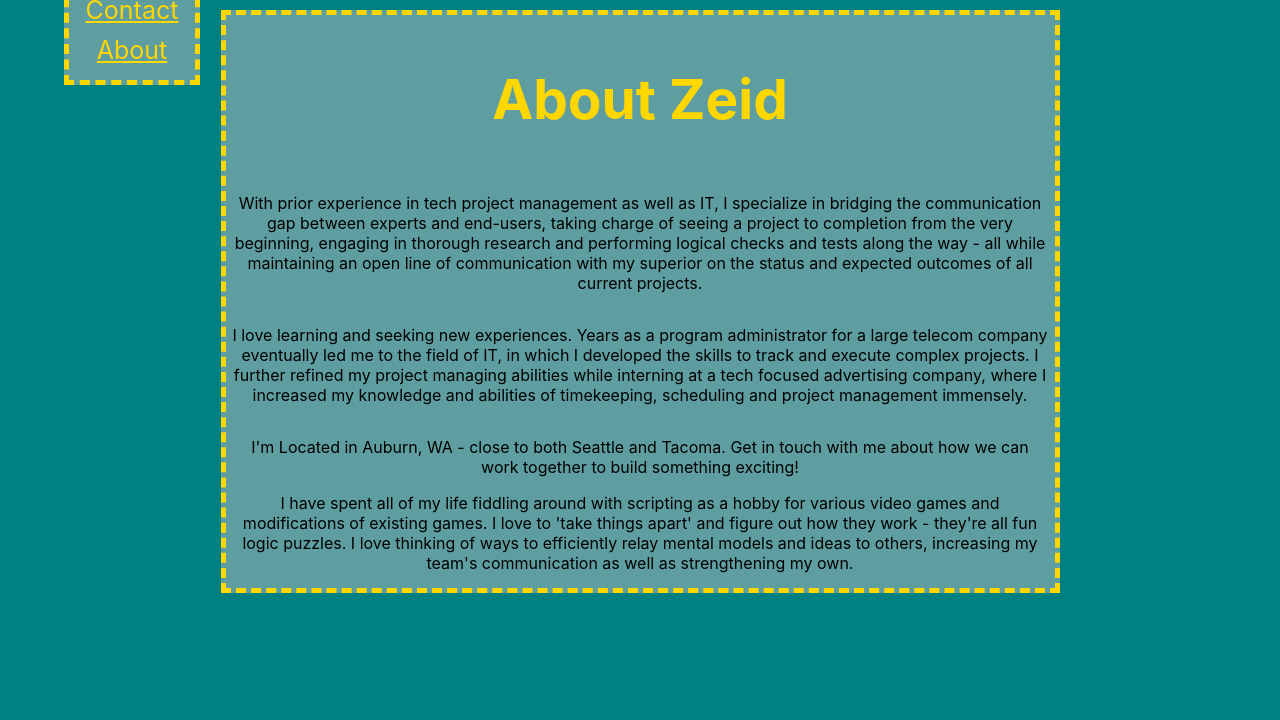
Repository: zeidalidiez/portfolioreact
Page: /About
These files come from the project's save history. The page is drawn as it stood at one moment and after the next save; the edit follows.
The browser window is 1280 px wide. The pictures show the whole page.
The project was rebuilt for these pictures with package versions that can differ from the ones it lists, and the page was loaded fresh each time. Also part of the build but not shown: src/components/Thumbnail.js, src/components/Projects.js, src/components/Contact.js.

Above is the page before, as saved 2021-02-08 18:51:35.

### public/index.html
<!DOCTYPE html>
<html lang="en">
  <head>
    <meta charset="utf-8" />
    <link href="data:[embedded picture, 289 characters]" rel="icon" type="image/x-icon" />    <meta name="viewport" content="width=device-width, initial-scale=1" />
    <link rel="stylesheet" href="https://cdnjs.cloudflare.com/ajax/libs/font-awesome/4.7.0/css/font-awesome.min.css">
    <meta name="theme-color" content="#000000" />
    <meta
      name="description"
      content="Web site created using create-react-app"
    />    <!--
      manifest.json provides metadata used when your web app is installed on a
      user's mobile device or desktop. See https://developers.google.com/web/fundamentals/web-app-manifest/
    -->
    <link rel="manifest" href="%PUBLIC_URL%/manifest.json" />
    <!--
      Notice the use of %PUBLIC_URL% in the tags above.
      It will be replaced with the URL of the `public` folder during the build.
      Only files inside the `public` folder can be referenced from the HTML.

      Unlike "/favicon.ico" or "favicon.ico", "%PUBLIC_URL%/favicon.ico" will
      work correctly both with client-side routing and a non-root public URL.
      Learn how to configure a non-root public URL by running `npm run build`.
    -->
    <title>Zeid Diez - Portfolio</title>
  </head>
  <body>
    <noscript>You need to enable JavaScript to run this app.</noscript>
    <div id="root"></div>
    <!--
      This HTML file is a template.
      If you open it directly in the browser, you will see an empty page.

      You can add webfonts, meta tags, or analytics to this file.
      The build step will place the bundled scripts into the <body> tag.

      To begin the development, run `npm start` or `yarn start`.
      To create a production bundle, use `npm run build` or `yarn build`.
    -->
  </body>
</html>

### src/index.js
import React from 'react';
import ReactDOM from 'react-dom';
import './index.css';
import App from './components/App';
import reportWebVitals from './reportWebVitals';

ReactDOM.render(
  <React.StrictMode>
  <App />
  </React.StrictMode>,
  document.getElementById('root')
);

// If you want to start measuring performance in your app, pass a function
// to log results (for example: reportWebVitals(console.log))
// or send to an analytics endpoint. Learn more: https://bit.ly/CRA-vitals
reportWebVitals();

### src/components/App.js
// App.jsx

import React from 'react';
import logo from './logo.svg';
// Import the BrowserRouter, Route and Link components
import {Route, BrowserRouter as Router, Link} from "react-router-dom";
import Projects from './Projects.js';
import Contact from './Contact.js';
import About from './About.js';
import './App.css';

function App() {
  return (
    <header>
    <Router>
      <div className="App">
        <Route exact path="/Projects" component={Projects} />
        <Route exact path="/Contact" component={Contact} />
        <Route exact path="/About" component={About} />
        <Route exact path="/" component={About} />
  <nav>
        <div className="navigation">
          <div className="navigation-sub">
            <Link to="/Projects" className="item">Projects</Link>
            <Link to="/Contact" className="item">Contact</Link>
            <Link to="/About" className="item">About</Link>

          </div>
        </div>
        </nav>
      </div>
    </Router>
    <menu>

</menu>
    </header>


  );
}

export default App;

### src/components/About.js
import React from "react"

function About(props) {
  return (
    <div className="aboutDiv">
      <h2>About Zeid</h2>

      <p>With prior experience in tech project management as well as IT, I specialize in bridging the communication gap between experts and end-users, taking charge of seeing a project to completion from the very beginning, engaging in thorough research and performing logical checks and tests along the way - all while maintaining an open line of communication with my superior on the status and expected outcomes of all current projects. </p>

      <p>I love learning and seeking new experiences. Years as a program administrator for a large telecom company eventually led me to the field of IT, in which I developed the skills to track and execute complex projects. I further refined my project managing abilities while interning at a tech focused advertising company, where I increased my knowledge and abilities of timekeeping, scheduling and project management immensely.</p>
      <p>I'm Located in Auburn, WA - close to both Seattle and Tacoma. Get in touch with me about how we can work together to build something exciting! </p>



I have spent all of my life fiddling around with scripting as a hobby for various video games and modifications of existing games.

I love to 'take things apart' and figure out how they work - they're all fun logic puzzles. I love thinking of ways to efficiently relay mental models and ideas to others, increasing my team's communication as well as strengthening my own.
    </div>
  )
}

export default About;

### src/components/App.css

body {
  background-color: teal;
  display: grid;
}
div {
display: grid;
padding: 5px;
position: relative;
text-align: center;
padding-bottom: 15px;

}
 .projectDiv {
  background-color: cadetblue;
  width: 65%;
  justify-self: center;
  align-self: center;
  align-items: center;
  border: 5px dashed gold;
 }
h2 {
  color: Gold;
  font-size: 55px;
}

/* div.project {
  text-align: center;
  font-family: Georgia, "Times New Roman", Times, serif;
  font-style: italic;
  padding-bottom: 15px;
  border: 5px dashed gold;
  width: 80%;
  justify-self: center;
} */

div.project-title {
  position: relative;
  text-align: center;
  font-family: Georgia, "Times New Roman", Times, serif;
  font-style: italic;
  padding-bottom: 15px;

}

.navigation {
text-align: center;
align-self: center;
top: 0;
position: fixed;
  }

.navigation-sub {
padding: 10px;
text-align: center;
align-self: center;
bottom: auto;
left: 5%;
position: fixed;
border: 5px dashed gold;
background-color: cadetblue;
font-size: 25px;
}

a {
  display: grid;
padding: 5px;
text-align: center;
align-self: center;
}

img {
  display: block;
  margin-left: auto;
  margin-right: auto;
  width: 50%;
}


/* unvisited link */
a:link {
  color: gold;
}

/* visited link */
a:visited {
  color: rgb(255, 208, 0);
}

/* mouse over link */
a:hover {
  color: rgb(255, 174, 0);
}

/* selected link */
a:active {
  color: rgb(255, 0, 0);
}

.aboutDiv {
  background-color: cadetblue;
  width: 65%;
  justify-self: center;
  border: 5px dashed gold;

}

form {
  background-color: cadetblue;
  width: 65%;
  justify-self: center;
  padding-bottom: 60px;
  display: grid;
  border: 5px dashed gold;
}

.emailInput {
  width: 100%;
  padding: 12px 20px;
  margin: 8px 0;
  box-sizing: border-box;
}

.messageInput {
  width: 100%;
  box-sizing: border-box;
  height: 150px;
  border-radius: 4px;
  resize: none;
}

@media screen and (max-width: 800px) {
  .navigation {
    text-align: center;
    align-self: center;
    top: 0;
    position: fixed;
      }

    .navigation-sub {
    padding: 10px;
    text-align: center;
    align-self: center;
    bottom: auto;
    left: 5%;
    position: fixed;
    border: 5px dashed gold;
    background-color: cadetblue;
    font-size: 10px;
    }
}

Loaded but not shown: src/index.css (common file); src/reportWebVitals.js (common file)

After the next save:
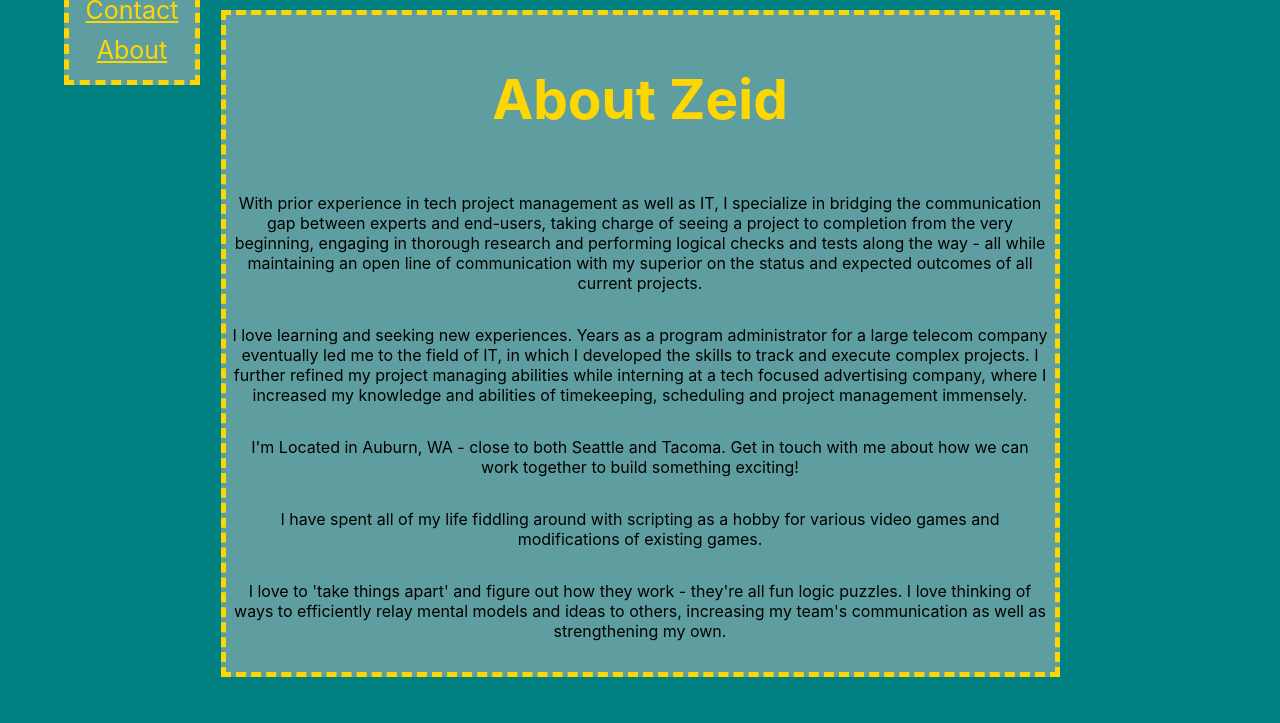
Saved 62 s later.
--- a/src/components/About.js
+++ b/src/components/About.js
@@ -4,17 +4,11 @@ function About(props) {
   return (
     <div className="aboutDiv">
       <h2>About Zeid</h2>
-
       <p>With prior experience in tech project management as well as IT, I specialize in bridging the communication gap between experts and end-users, taking charge of seeing a project to completion from the very beginning, engaging in thorough research and performing logical checks and tests along the way - all while maintaining an open line of communication with my superior on the status and expected outcomes of all current projects. </p>
-
       <p>I love learning and seeking new experiences. Years as a program administrator for a large telecom company eventually led me to the field of IT, in which I developed the skills to track and execute complex projects. I further refined my project managing abilities while interning at a tech focused advertising company, where I increased my knowledge and abilities of timekeeping, scheduling and project management immensely.</p>
       <p>I'm Located in Auburn, WA - close to both Seattle and Tacoma. Get in touch with me about how we can work together to build something exciting! </p>
-
-
-
-I have spent all of my life fiddling around with scripting as a hobby for various video games and modifications of existing games.
-
-I love to 'take things apart' and figure out how they work - they're all fun logic puzzles. I love thinking of ways to efficiently relay mental models and ideas to others, increasing my team's communication as well as strengthening my own.
+      <p>I have spent all of my life fiddling around with scripting as a hobby for various video games and modifications of existing games.</p>
+      <p>I love to 'take things apart' and figure out how they work - they're all fun logic puzzles. I love thinking of ways to efficiently relay mental models and ideas to others, increasing my team's communication as well as strengthening my own.</p>
     </div>
   )
 }
